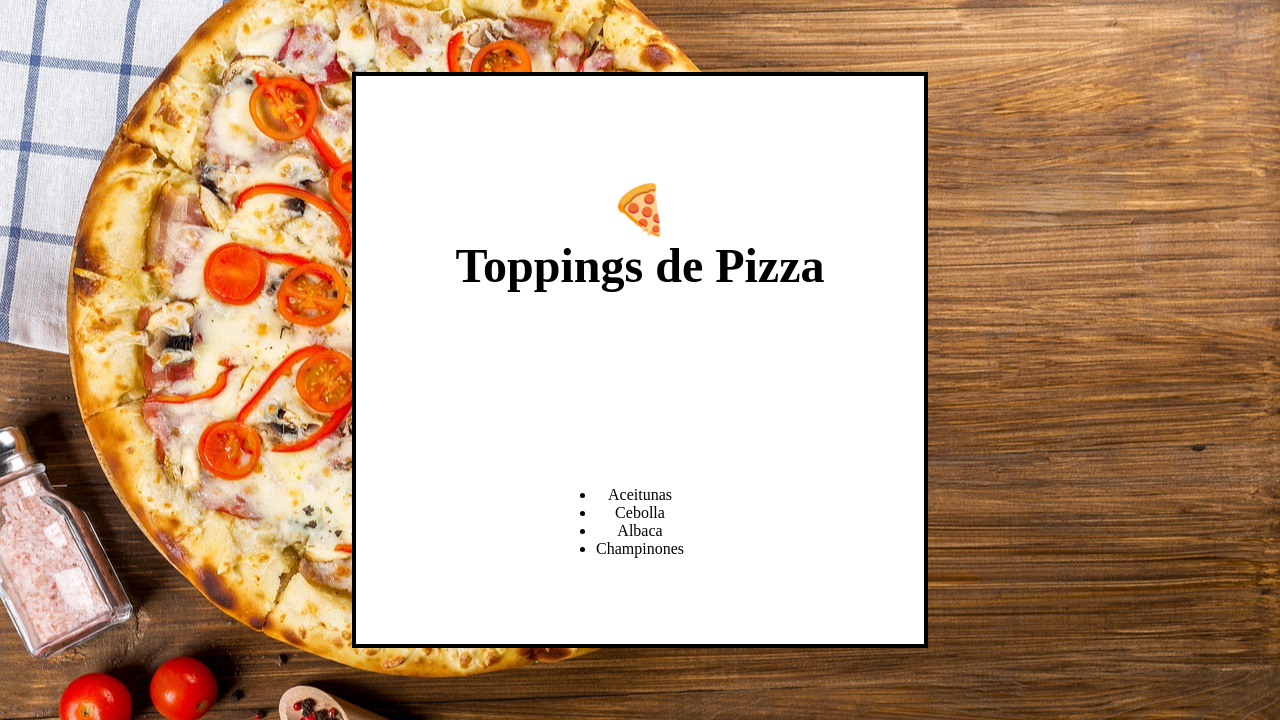
Repository: JoyMoGas/javascript-learn
Page: toppings-de-pizza/index.html
These files come from the project's save history. The page is drawn as it stood at one moment and after the next save; the edit follows.
The browser window is 1280 px wide. The pictures show the whole page.

Above is the page before, as saved 2024-05-07 16:24:16.

### toppings-de-pizza/index.html
<!DOCTYPE html>
<html lang="en">
  <head>
    <meta charset="UTF-8" />
    <meta name="viewport" content="width=device-width, initial-scale=1.0" />
    <link rel="stylesheet" href="styles.css">
    <title>Mis Toppings</title>
  </head>
  <body>
    <div id="contenedor">
      <h1 id="titulo">🍕 <br> Toppings de Pizza</h1>
      <ul id="lista-toppings">
        <li class="topping fondo-marron" id="aceitunas">Aceitunas</li>
        <li class="topping fondo-naranja">Cebolla</li>
        <li class="topping fondo-marron" id="albaca">Albaca</li>
        <li class="topping fondo-naranja">Champinones</li>
      </ul>
    </div>

  </body>
</html>

### toppings-de-pizza/styles.css
/* Estilos generales */

* {
  margin: 0;
  padding: 0;
  box-sizing: border-box;
  font-display: 'Lato', sans-sherif;
}

body {
  display: flex;
  justify-content: center;
  align-items: center;
  height: 100vh;
  text-align: center;
  background: url(imagenes/pizza.jpg) no-repeat center/cover;
}

/* Contenido */

#contenedor {
  display: flex;
  flex-wrap: wrap;
  justify-content: center;
  align-items: center;
  min-height: 80vh;
  width: 80vh;
  max-width: 600px;
  background-color: white;
  border: 4px solid black;
}

h1 {
  font-size: 3rem;
  width: 100%;
  margin: 20px 10px;
}

After the next save:
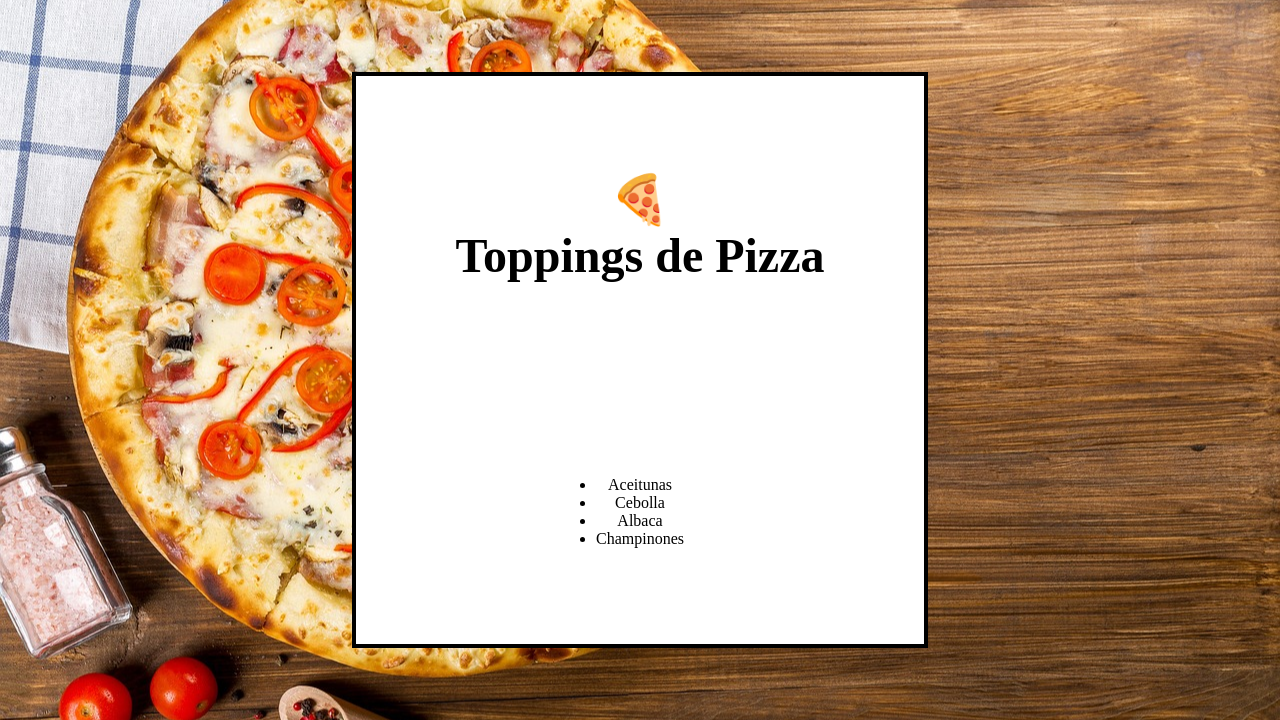
Saved 17 s later.
--- a/toppings-de-pizza/styles.css
+++ b/toppings-de-pizza/styles.css
@@ -33,5 +33,4 @@
 h1 {
   font-size: 3rem;
   width: 100%;
-  margin: 20px 10px;
 }

After the save that followed:
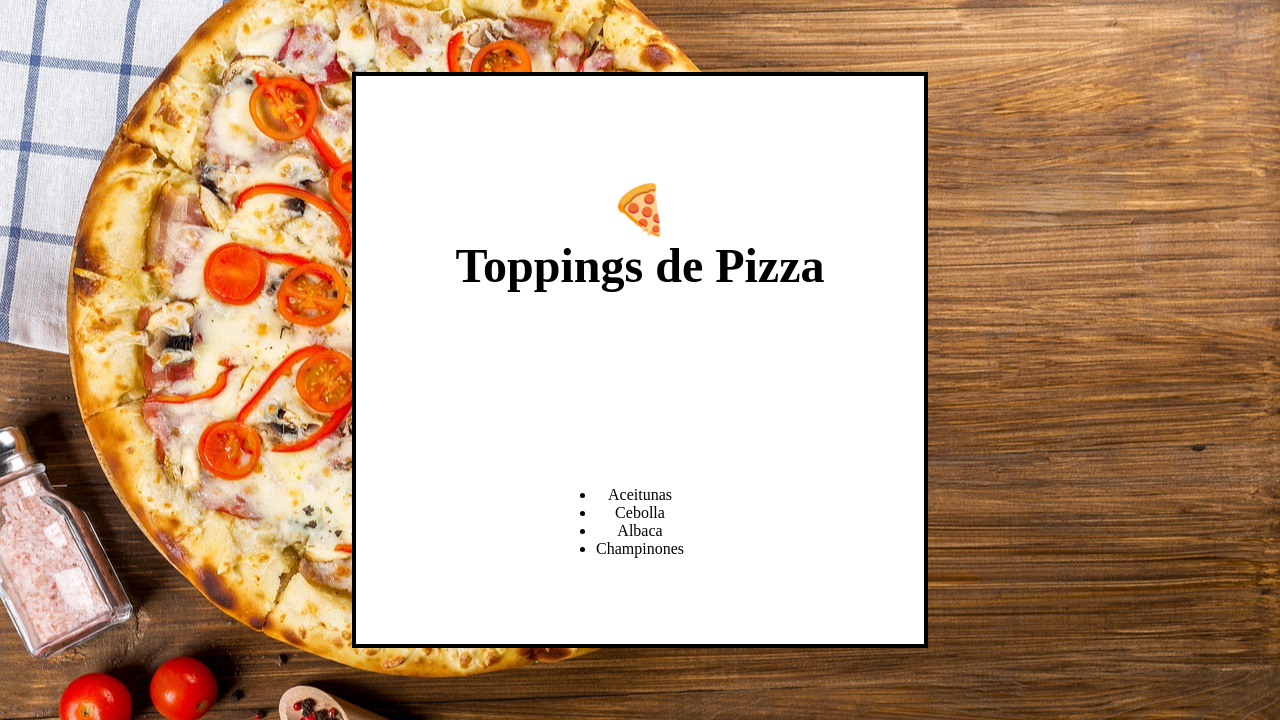
Saved 8 s later.
--- a/toppings-de-pizza/styles.css
+++ b/toppings-de-pizza/styles.css
@@ -33,4 +33,5 @@
 h1 {
   font-size: 3rem;
   width: 100%;
+  margin: 20px 10px;
 }
